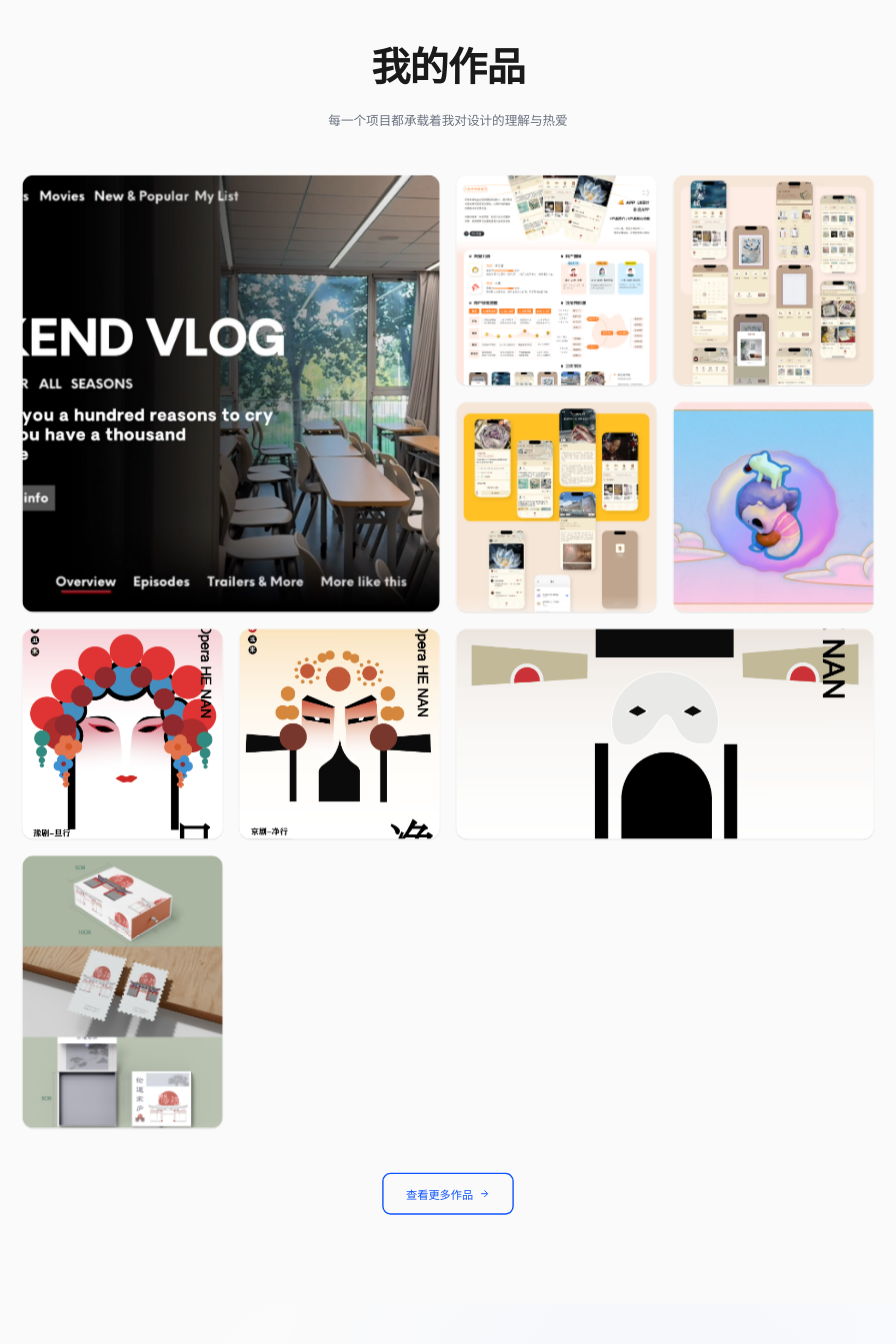
Repository: Nanzhexi/zhexi.github.io
Page: index.html
These files come from the project's save history. The page is drawn as it stood at one moment and after the next save; the edit follows.
The browser window is 1280 px wide. The pictures show the part of the page from y = 796 to 2716 px (the page is 4199 px tall before and 3786 px after), at 70% of full size.

Above is the page before, as saved 2025-07-03 04:04:16.

After the next save:
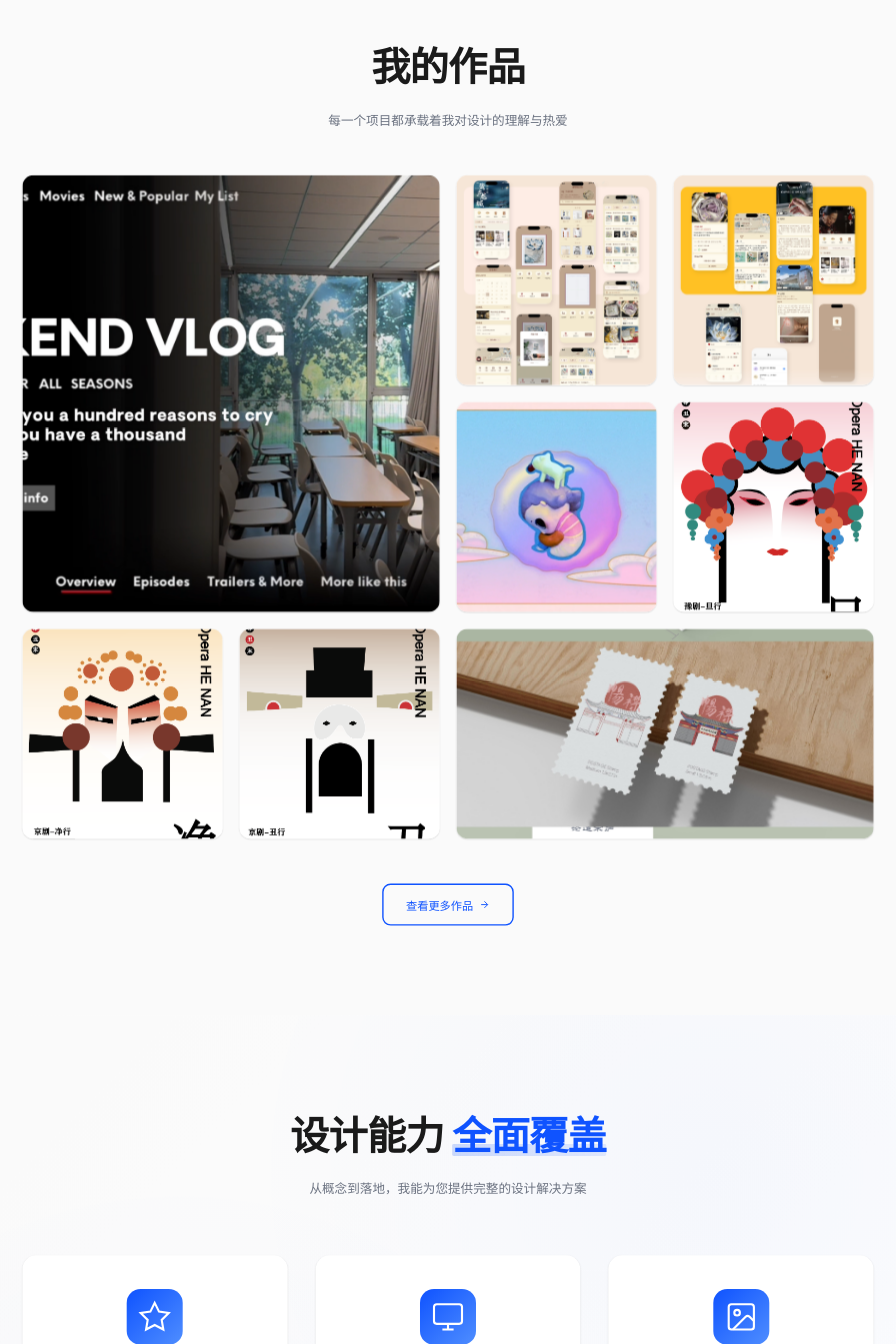
Saved 75 s later.
--- a/index.html
+++ b/index.html
@@ -54,15 +54,6 @@
                     </div>
                 </div>
 
-                <div class="portfolio-item">
-                    <img src="./images/2.jpg" alt="设计作品2" loading="lazy">
-                    <div class="portfolio-overlay">
-                        <div class="portfolio-info">
-                            <h3>产品包装</h3>
-                            <p>时尚配饰设计</p>
-                        </div>
-                    </div>
-                </div>
 
                 <div class="portfolio-item">
                     <img src="./images/3.jpg" alt="设计作品3" loading="lazy">
